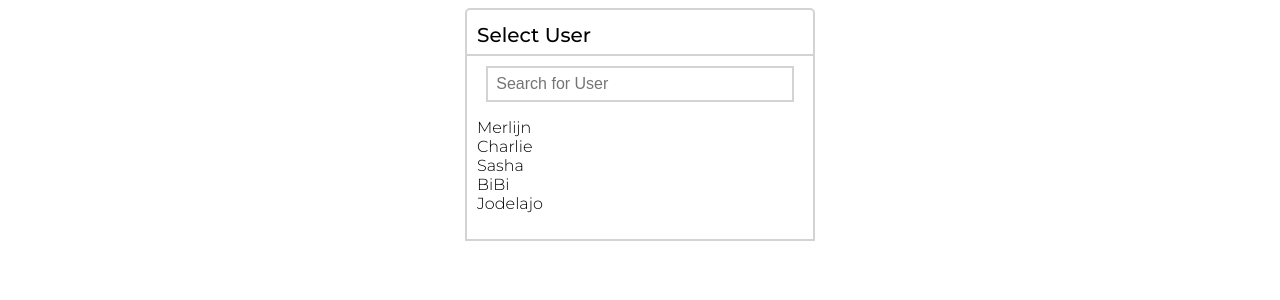
Repository: jodelajo/nuxt-filter-tutorial
Page: /
An editor plug-in stored every save of this project. The page is shown before and after the next save, followed by the edit.
The browser window is 1280 px wide. The pictures show the whole page.
The project was rebuilt for these pictures with package versions that can differ from the ones it lists, and the page was loaded fresh each time. The framework's server and built-in components were replaced by stand-ins that run in the browser. Also part of the build but not shown: nuxt.config.js, components/NuxtLogo.vue, components/Tutorial.vue.

Above is the page before, as saved 2021-12-11 12:41:59.

After the next save:
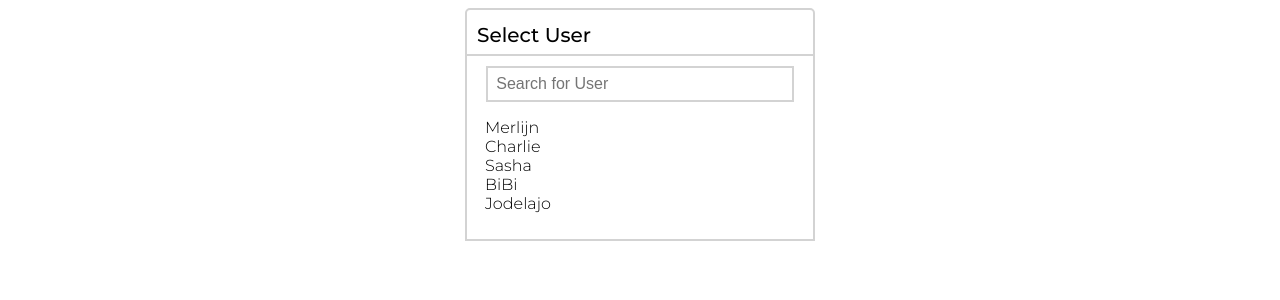
Saved 19 s later.
--- a/pages/index.vue
+++ b/pages/index.vue
@@ -92,6 +92,6 @@ input {
 .options ul {
   list-style: none;
   text-align: left;
-  padding-left: 0;
+  padding-left: 8px;
 }
 </style>
